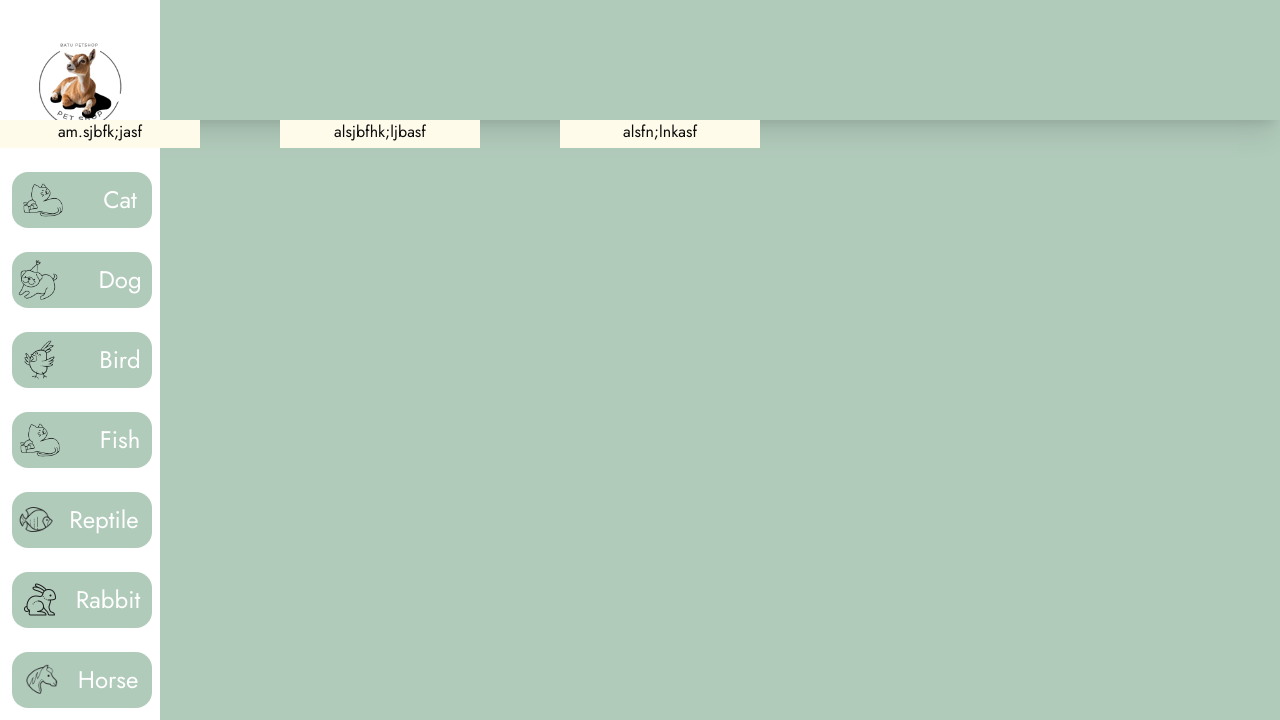
Repository: batu-call/batu-petshop
Page: /main (app in petshopp-appAdmin/admin/)
An editor plug-in stored every save of this project. The page is shown before and after the next save, followed by the edit.
The browser window is 1280 px wide. The pictures show the whole page.
The project was rebuilt for these pictures with package versions that can differ from the ones it lists, and the page was loaded fresh each time. The framework's server and built-in components were replaced by stand-ins that run in the browser. Also part of the build but not shown: petshopp-appAdmin/admin/next.config.ts.

Above is the page before, as saved 2025-09-20 00:13:23.

### petshopp-appAdmin/admin/src/app/layout.tsx
import type { Metadata } from "next";
import { Jost } from 'next/font/google';
import "./globals.css";

const jost = Jost({
  subsets: ['latin'],
  weight: ['400', '500', '700'],
});


export const metadata: Metadata = {
  title: "Batu Petshop AdminPanel",
  description: "Generated by create next app",
   icons: {
    icon: '/favicon.ico',
  },
};

export default function RootLayout({
  children,
}: Readonly<{
  children: React.ReactNode;
}>) {
  return (
    <html lang="en">
      <body
        className={`antialiased ${jost.className}`}
      >
        {children}
      </body>
    </html>
  );
}

### petshopp-appAdmin/admin/src/app/main/layout.tsx
import Main from "./controller/Main"

export default function MainLayout({ children }: { children: React.ReactNode }) {
  return <Main>{children}</Main>
}

### petshopp-appAdmin/admin/src/app/main/page.tsx
import React from 'react'
import Main from './controller/Main'


const page = () => {
  return (
    <div>
        <Main />
    </div>
  )
}

export default page

### petshopp-appAdmin/admin/src/app/globals.css
@import "tailwindcss";
@import "tw-animate-css";

@custom-variant dark (&:is(.dark *));

@layer utilities {
  .bg-primary {
    background-color: #B1CBBB;
  }
  .bg-secondary {
    background-color: #DDEEDD;
  }
  .bg-secondary_20 {
    background-color: rgba(221, 238, 221, 0.2);
  }
  .text-jost {
    font-family: 'Jost',sans-serif;
  }
  .text-color {
    color: #393E46;
  }
  .text-color2 {
    color: #B1CBBB;
  }
}

body {
  font-family: 'Jost', Arial, Helvetica, sans-serif
}

@theme inline {
  --radius-sm: calc(var(--radius) - 4px);
  --radius-md: calc(var(--radius) - 2px);
  --radius-lg: var(--radius);
  --radius-xl: calc(var(--radius) + 4px);
  --color-background: var(--background);
  --color-foreground: var(--foreground);
  --color-card: var(--card);
  --color-card-foreground: var(--card-foreground);
  --color-popover: var(--popover);
  --color-popover-foreground: var(--popover-foreground);
  --color-primary: var(--primary);
  --color-primary-foreground: var(--primary-foreground);
  --color-secondary: var(--secondary);
  --color-secondary-foreground: var(--secondary-foreground);
  --color-muted: var(--muted);
  --color-muted-foreground: var(--muted-foreground);
  --color-accent: var(--accent);
  --color-accent-foreground: var(--accent-foreground);
  --color-destructive: var(--destructive);
  --color-border: var(--border);
  --color-input: var(--input);
  --color-ring: var(--ring);
  --color-chart-1: var(--chart-1);
  --color-chart-2: var(--chart-2);
  --color-chart-3: var(--chart-3);
  --color-chart-4: var(--chart-4);
  --color-chart-5: var(--chart-5);
  --color-sidebar: var(--sidebar);
  --color-sidebar-foreground: var(--sidebar-foreground);
  --color-sidebar-primary: var(--sidebar-primary);
  --color-sidebar-primary-foreground: var(--sidebar-primary-foreground);
  --color-sidebar-accent: var(--sidebar-accent);
  --color-sidebar-accent-foreground: var(--sidebar-accent-foreground);
  --color-sidebar-border: var(--sidebar-border);
  --color-sidebar-ring: var(--sidebar-ring);
}

:root {
  --radius: 0.625rem;
  --background: oklch(1 0 0);
  --foreground: oklch(0.145 0 0);
  --card: oklch(1 0 0);
  --card-foreground: oklch(0.145 0 0);
  --popover: oklch(1 0 0);
  --popover-foreground: oklch(0.145 0 0);
  --primary: oklch(0.205 0 0);
  --primary-foreground: oklch(0.985 0 0);
  --secondary: oklch(0.97 0 0);
  --secondary-foreground: oklch(0.205 0 0);
  --muted: oklch(0.97 0 0);
  --muted-foreground: oklch(0.556 0 0);
  --accent: oklch(0.97 0 0);
  --accent-foreground: oklch(0.205 0 0);
  --destructive: oklch(0.577 0.245 27.325);
  --border: oklch(0.922 0 0);
  --input: oklch(0.922 0 0);
  --ring: oklch(0.708 0 0);
  --chart-1: oklch(0.646 0.222 41.116);
  --chart-2: oklch(0.6 0.118 184.704);
  --chart-3: oklch(0.398 0.07 227.392);
  --chart-4: oklch(0.828 0.189 84.429);
  --chart-5: oklch(0.769 0.188 70.08);
  --sidebar: oklch(0.985 0 0);
  --sidebar-foreground: oklch(0.145 0 0);
  --sidebar-primary: oklch(0.205 0 0);
  --sidebar-primary-foreground: oklch(0.985 0 0);
  --sidebar-accent: oklch(0.97 0 0);
  --sidebar-accent-foreground: oklch(0.205 0 0);
  --sidebar-border: oklch(0.922 0 0);
  --sidebar-ring: oklch(0.708 0 0);
}

.dark {
  --background: oklch(0.145 0 0);
  --foreground: oklch(0.985 0 0);
  --card: oklch(0.205 0 0);
  --card-foreground: oklch(0.985 0 0);
  --popover: oklch(0.205 0 0);
  --popover-foreground: oklch(0.985 0 0);
  --primary: oklch(0.922 0 0);
  --primary-foreground: oklch(0.205 0 0);
  --secondary: oklch(0.269 0 0);
  --secondary-foreground: oklch(0.985 0 0);
  --muted: oklch(0.269 0 0);
  --muted-foreground: oklch(0.708 0 0);
  --accent: oklch(0.269 0 0);
  --accent-foreground: oklch(0.985 0 0);
  --destructive: oklch(0.704 0.191 22.216);
  --border: oklch(1 0 0 / 10%);
  --input: oklch(1 0 0 / 15%);
  --ring: oklch(0.556 0 0);
  --chart-1: oklch(0.488 0.243 264.376);
  --chart-2: oklch(0.696 0.17 162.48);
  --chart-3: oklch(0.769 0.188 70.08);
  --chart-4: oklch(0.627 0.265 303.9);
  --chart-5: oklch(0.645 0.246 16.439);
  --sidebar: oklch(0.205 0 0);
  --sidebar-foreground: oklch(0.985 0 0);
  --sidebar-primary: oklch(0.488 0.243 264.376);
  --sidebar-primary-foreground: oklch(0.985 0 0);
  --sidebar-accent: oklch(0.269 0 0);
  --sidebar-accent-foreground: oklch(0.985 0 0);
  --sidebar-border: oklch(1 0 0 / 10%);
  --sidebar-ring: oklch(0.556 0 0);
}

@layer base {
  * {
    @apply border-border outline-ring/50;
  }
  body {
    @apply bg-background text-foreground;
  }
}

### petshopp-appAdmin/admin/src/app/main/controller/Main.tsx
import React from 'react'
import Navbar from '../../Navbar/page'
import Sidebar from '../../Sidebar/page'



const Main = () => {
  return (
    <div className='w-full h-screen bg-primary'>
      {/* Navbar */}
      <Navbar />
      {/* Catgeory */}
      <Sidebar />
    </div>
  )
}

export default Main

### petshopp-appAdmin/admin/src/app/Navbar/page.tsx
import React from 'react'
import Link from 'next/link'
import Image from 'next/image'



const page = () => {
  return (
    <div>
        <Link href={"/main"}>
      <div className='w-full h-30 bg-primary shadow-xl'>
      <div className='fixed'>
        <Image  src={"/logo.png"} alt='main-icon' width={500} height={500} className='flex justify-center items-center w-40 h-40'/>
      </div>
      </div>
      </Link>
      <div className='flex gap-20 items-center justify-center absolute'>
        <div className='bg-amber-50 w-50 h-7'>
        <h3 className='items-center flex justify-center'>am.sjbfk;jasf</h3>
        </div>
        <div className='bg-amber-50 w-50 h-7'>
        <h3 className='items-center flex justify-center'>alsjbfhk;ljbasf</h3>
        </div>
        <div className='bg-amber-50 w-50 h-7'>
        <h3 className='items-center flex justify-center'>alsfn;lnkasf</h3>
        </div>
      </div>
    </div>
  )
}

export default page

### petshopp-appAdmin/admin/src/app/Sidebar/page.tsx
import React from 'react'
import Link from 'next/link'
import Image from 'next/image'

const page = () => {
  return (
    <div>
        <div className='w-40 h-screen bg-white fixed mt-7'>
        {/* Cat */}
        <Link href={"/Cat"}>
      <div className='bg-primary inline-block p-2 items-center mt-6 ml-3 rounded-2xl w-35'>
        <div className='flex gap-9 items-center justify-center'>
       <Image src="/cat_7721779.png" alt='cat-image'
       height={40}
       width={40}
       />
       <h2 className='text-2xl text-jost text-white p-1'>Cat</h2>
      </div>
      </div>
      </Link>
      {/* Dog */}
         <Link href={"/Dog"}>
       <div className='bg-primary inline-block p-2 items-center mt-6 ml-3 rounded-2xl w-35'>
        <div className='flex gap-9 items-center justify-center'>
       <Image src="/dog.png" alt='cat-image'
       height={40}
       width={40}
       />
       <h2 className='text-2xl text-jost text-white p-1'>Dog</h2>
      </div>
      </div>
      </Link>
      {/* BİRD */}
         <Link href={"/Bird"}>
       <div className='bg-primary inline-block p-2 items-center mt-6 ml-3 rounded-2xl w-35'>
        <div className='flex gap-9 items-center justify-center'>
       <Image src="/bird.png" alt='cat-image'
       height={40}
       width={40}
       />
       <h2 className='text-2xl text-jost text-white p-1'>Bird</h2>
      </div>
      </div>
      </Link>
      {/* FİSH */}
         <Link href={"/Fish"}>
       <div className='bg-primary inline-block p-2 items-center mt-6 ml-3 rounded-2xl w-35'>
        <div className='flex gap-9 items-center justify-center'>
       <Image src="/cat_7721779.png" alt='cat-image'
       height={40}
       width={40}
       />
       <h2 className='text-2xl text-jost text-white p-1'>Fish</h2>
      </div>
      </div>
      </Link>
      {/* Reptile */}
         <Link href={"/Reptile"}>
       <div className='bg-primary inline-block p-2 items-center mt-6 ml-3 rounded-2xl w-35'>
        <div className='flex gap-3 items-center justify-center'>
       <Image src="/fish.png" alt='cat-image'
       height={40}
       width={40}
       />
       <h2 className='text-2xl text-jost text-white mr-2'>Reptile</h2>
      </div>
      </div>
      </Link>
      {/* Rabbit */}
         <Link href={"/Rabbit"}>
       <div className='bg-primary inline-block p-2 items-center mt-6 ml-3 rounded-2xl w-35'>
        <div className='flex gap-3 items-center justify-center'>
       <Image src="/rabbit2.png" alt='cat-image'
       height={40}
       width={40}
       />
       <h2 className='text-2xl text-jost text-white p-1'>Rabbit</h2>
      </div>
      </div>
      </Link>
      {/* Horse */}
         <Link href={"/Horse"}>
       <div className='bg-primary inline-block p-2 items-center mt-6 ml-3 rounded-2xl w-35'>
        <div className='flex gap-3 items-center justify-center'>
       <Image src="/horse.png" alt='cat-image'
       height={40}
       width={40}
       />
       <h2 className='text-2xl text-jost text-white p-1'>Horse</h2>
      </div>
      </div>
      </Link>
      {/* Contact */}
         <Link href={"/Contact"}>
       <div className='bg-primary inline-block p-2 items-center mt-6 ml-3 rounded-2xl w-35'>
        <div className='flex gap-3 items-center justify-center'>
       <h2 className='text-2xl text-jost text-white p-1'>Contact</h2>
      </div>
      </div>
      </Link>
      {/* +category */}
       <div className='bg-primary inline-block p-2 items-center mt-6 ml-3 rounded-2xl w-35'>
        <div className='flex gap-3 items-center justify-center'>
       <h2 className='text-2xl text-jost text-white p-1'>+category</h2>
      </div>
      </div>
    </div>
    </div>
  )
}

export default page

After the next save:
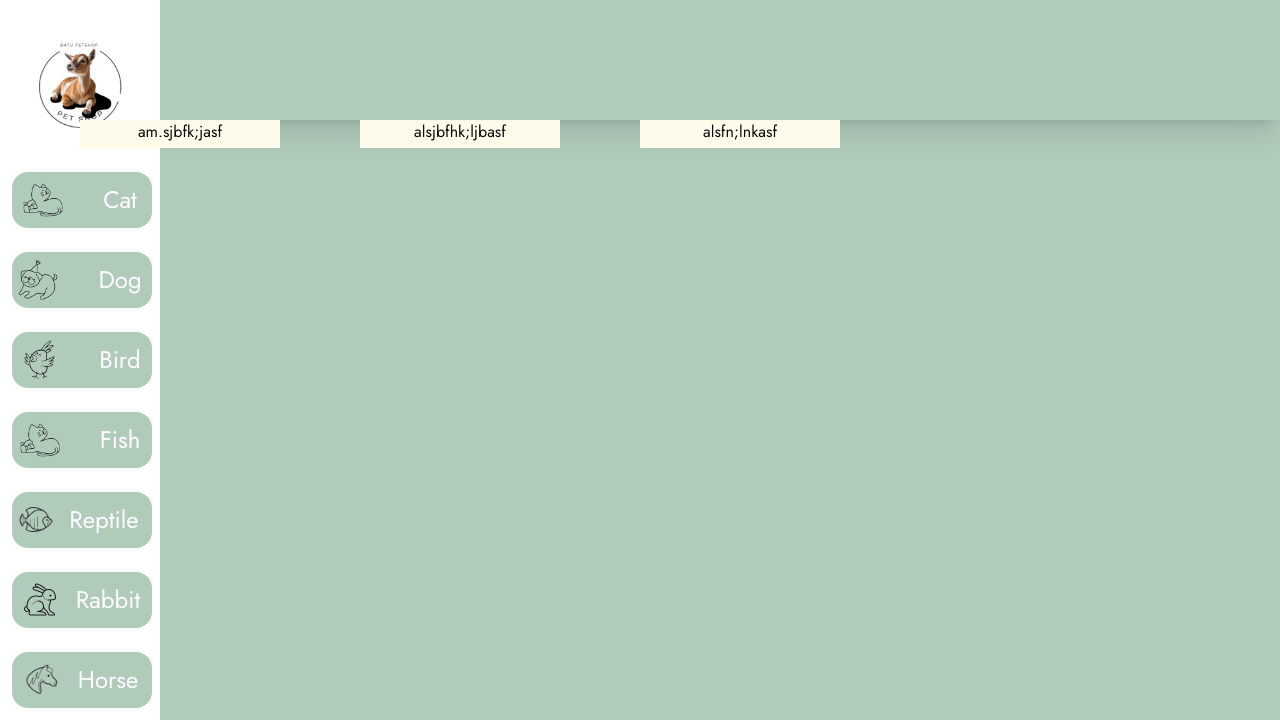
Saved 23 s later.
--- a/petshopp-appAdmin/admin/src/app/Navbar/page.tsx
+++ b/petshopp-appAdmin/admin/src/app/Navbar/page.tsx
@@ -14,7 +14,7 @@ const page = () => {
       </div>
       </div>
       </Link>
-      <div className='flex gap-20 items-center justify-center absolute'>
+      <div className='flex gap-20 items-center justify-center absolute left-20'>
         <div className='bg-amber-50 w-50 h-7'>
         <h3 className='items-center flex justify-center'>am.sjbfk;jasf</h3>
         </div>
